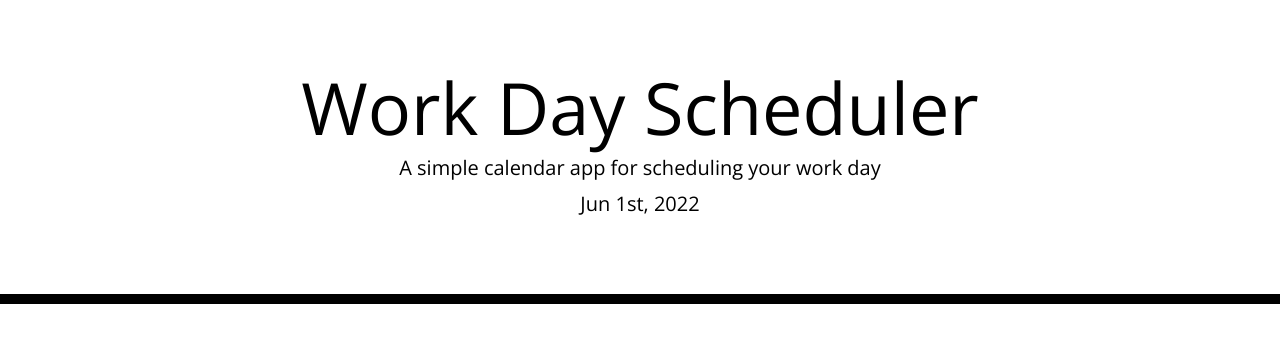
Repository: dtierney21/work-day-scheduler
Page: index.html
An editor plug-in stored every save of this project. The page is shown before and after the next save, followed by the edit.
The browser window is 1280 px wide. The pictures show the whole page.
Some web libraries are served in a nearby version.

Above is the page before, as saved 2022-06-28 11:12:06.

### index.html
<!DOCTYPE html>
<html lang="en">
  <head>
    <meta charset="UTF-8" />
    <meta name="viewport" content="width=device-width, initial-scale=1.0" />
    <meta http-equiv="X-UA-Compatible" content="ie=edge" />
    <link
      rel="stylesheet"
      href="https://stackpath.bootstrapcdn.com/bootstrap/4.3.1/css/bootstrap.min.css"
    />
    <link
      rel="stylesheet"
      href="https://use.fontawesome.com/releases/v5.8.1/css/all.css"
      integrity="sha384-50oBUHEmvpQ+1lW4y57PTFmhCaXp0ML5d60M1M7uH2+nqUivzIebhndOJK28anvf"
      crossorigin="anonymous"
    />
    <link
      href="https://fonts.googleapis.com/css?family=Open+Sans&display=swap"
      rel="stylesheet"
    />
    <link rel="stylesheet" href="./assets/css/style.css" />
    <title>Work Day Scheduler</title>
  </head>

  <body>
    <header class="jumbotron">
      <h1 class="display-3">Work Day Scheduler</h1>
      <p class="lead">A simple calendar app for scheduling your work day</p>
      <p id="currentDay" class="lead"></p>
    </header>
    <div class="container">
      <!-- Timeblocks go here -->
    </div>

    <script src="https://cdnjs.cloudflare.com/ajax/libs/jquery/3.2.1/jquery.min.js"></script>
    <script src="https://cdnjs.cloudflare.com/ajax/libs/moment.js/2.24.0/moment.min.js"></script>
    <script src="./assets/js/script.js"></script>
  </body>
</html>

### assets/css/style.css
body {
  font-family: 'Open Sans', sans-serif;
  font-size: 16px;
  line-height: 1;
}

textarea {
  background: transparent;
  border: none;
  resize: none;
  color: #000000;
  border-left: 1px solid black;
  padding: 10px;
}

.jumbotron {
  text-align: center;
  background-color: transparent;
  color: black;
  border-radius: 0;
  border-bottom: 10px solid black;
}

.description {
  white-space: pre-wrap;
}

.time-block {
  text-align: center;
  border-radius: 15px;
}

.row {
  white-space: pre-wrap;
  height: 80px;
  border-top: 1px solid white;
}

.hour {
  background-color: #ffffff;
  color: #000000;
  border-top: 1px dashed #000000;
}

.past {
  background-color: #d3d3d3;
  color: white;
}

.present {
  background-color: #ff6961;
  color: white;
}

.future {
  background-color: #77dd77;
  color: white;
}

.saveBtn {
  border-left: 1px solid black;
  border-top-right-radius: 15px;
  border-bottom-right-radius: 15px;
  background-color: #06aed5;
  color: white;
}

.saveBtn i:hover {
  font-size: 20px;
  transition: all 0.3s ease-in-out;
}

### assets/js/script.js
var currentDayEl = document.querySelector('#currentDay');
var today = moment().format('MMM do, YYYY');

currentDayEl.textContent = today;

After the next save:
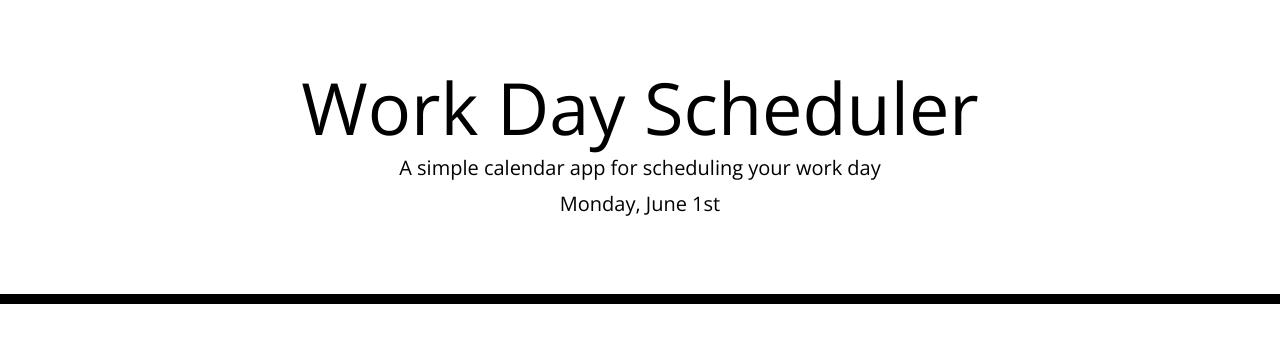
Saved 5 min 17 s later.
--- a/assets/js/script.js
+++ b/assets/js/script.js
@@ -1,4 +1,4 @@
 var currentDayEl = document.querySelector('#currentDay');
-var today = moment().format('MMM do, YYYY');
+var today = moment().format('dddd, MMMM do');
 
 currentDayEl.textContent = today;
